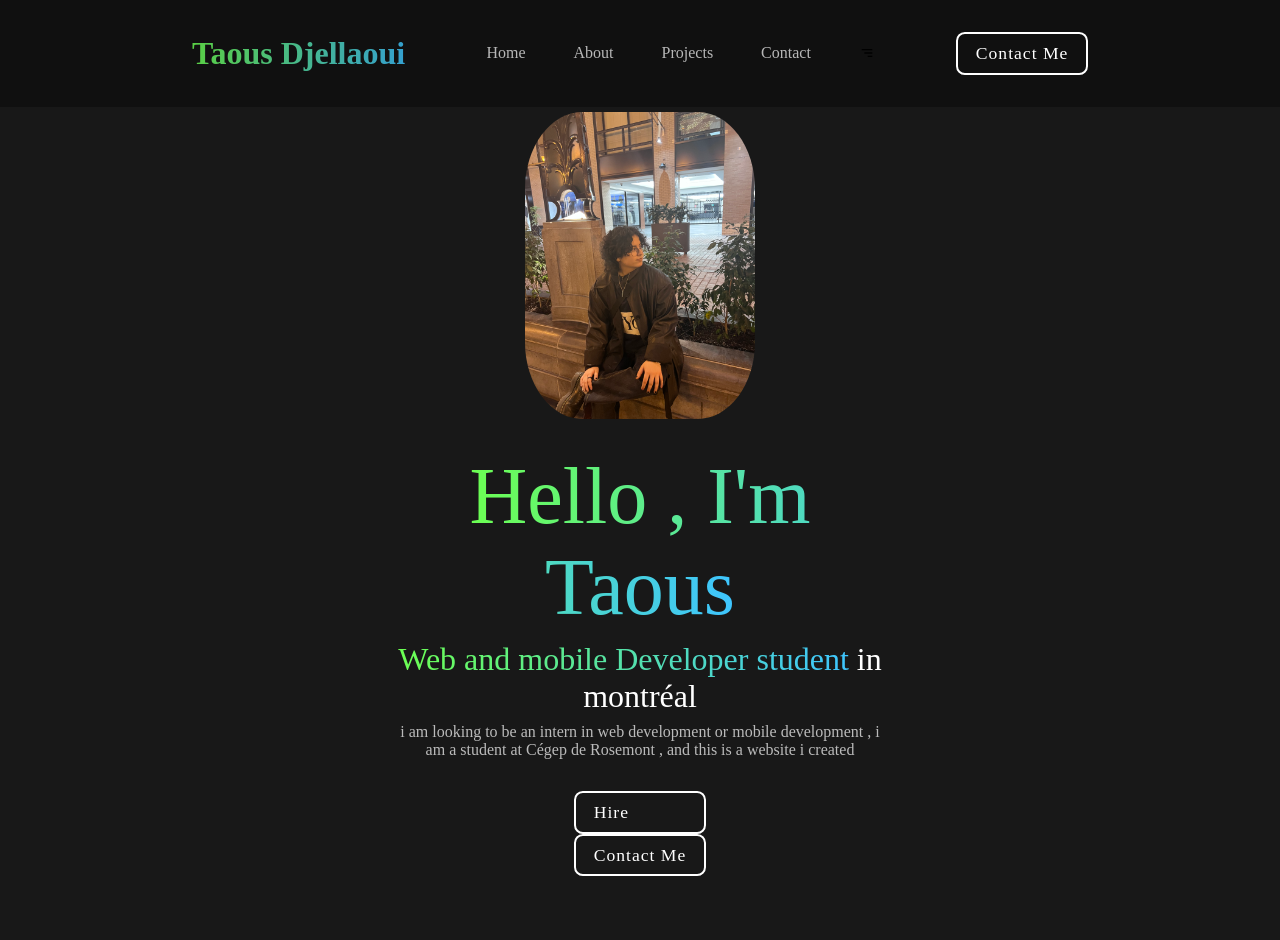
Repository: taousdjellaoui/portfolio-
Page: portfolio/index.html
These files come from the project's save history. The page is drawn as it stood at one moment and after the next save; the edit follows.
The browser window is 1280 px wide. The pictures show the whole page.

Above is the page before, as saved 2024-09-23 21:06:42.

After the next save:
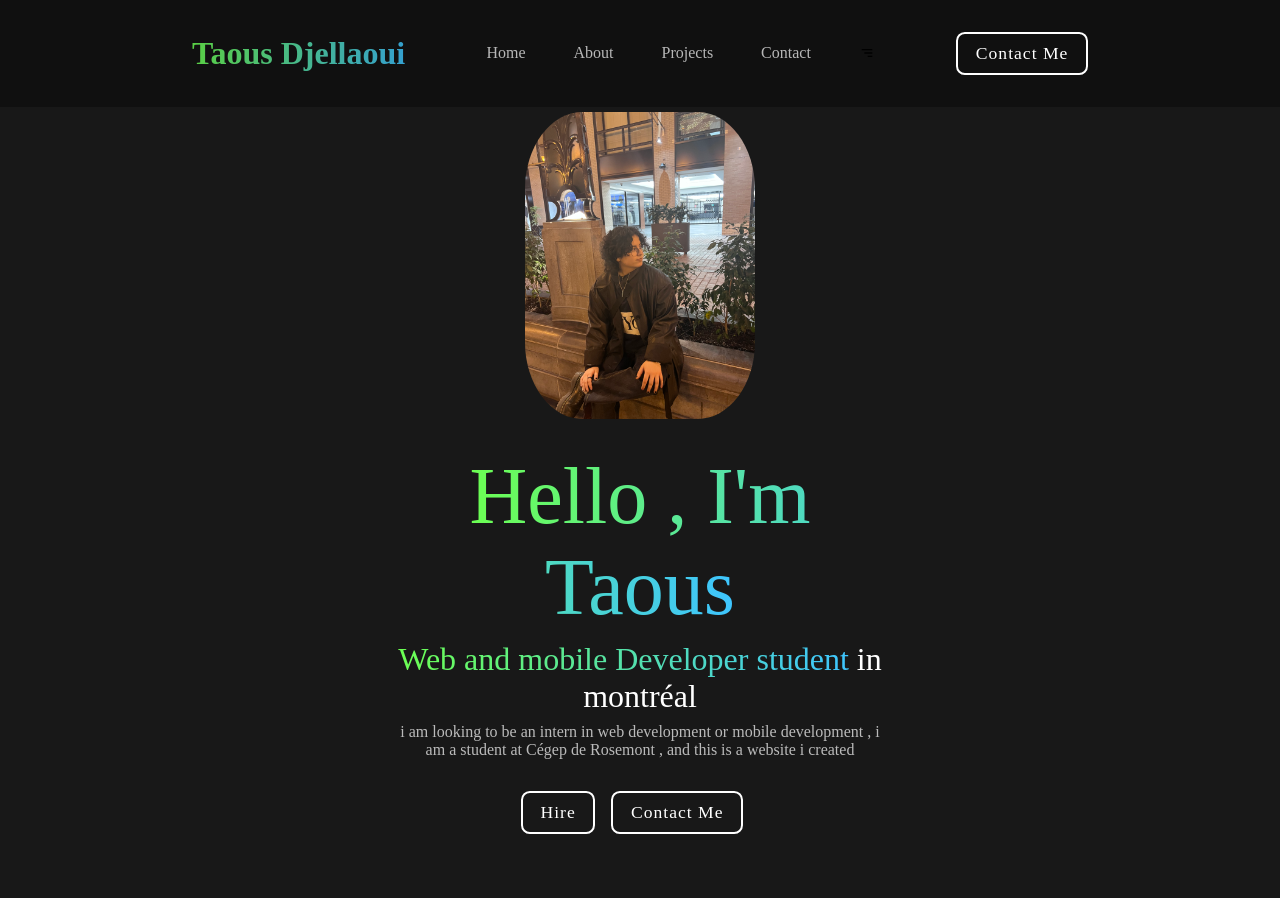
Saved 62 s later.
--- a/portfolio/style.css
+++ b/portfolio/style.css
@@ -118,3 +118,7 @@ margin-top: 3em;
 .info-box p{
  opacity:0.7;
 }
+.btn-box{
+  display: flex;
+  gap: 1em;
+}
